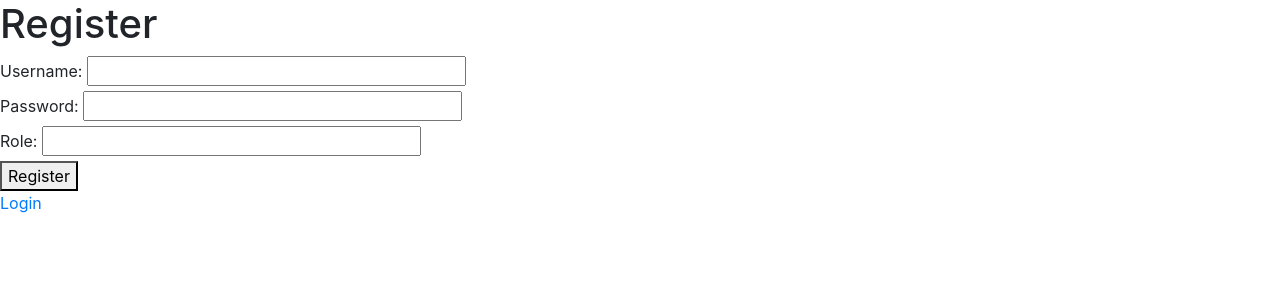
Repository: Stoldark/PLMUN
Page: http://localhost/register
An editor plug-in stored every save of this project. The page is shown before and after the next save, followed by the edit.
The browser window is 1280 px wide. The pictures show the whole page.
The page is served by the project's application, run on Flask 3 (tempCodeRunnerFile.py).

Above is the page before, as saved 2024-09-22 16:59:39.

### templates/register.html
<!DOCTYPE html>
<html lang="en">
<head>
    <meta charset="UTF-8">
    <meta name="viewport" content="width=device-width, initial-scale=1.0">
    <title>Register</title>
    <link rel="stylesheet" href="https://stackpath.bootstrapcdn.com/bootstrap/4.5.2/css/bootstrap.min.css">
</head>
<body>
    <h1>Register</h1>
    <form method="post">
        {{ form.hidden_tag() }}
        <label for="username">Username:</label>
        {{ form.username(size=32) }}<br>

        <label for="password">Password:</label>
        {{ form.password(size=32) }}<br>

        <label for="role">Role:</label>
        {{ form.role(size=32) }}<br>

        <button type="submit">Register</button>
    </form>
    <a href="{{ url_for('login') }}">Login</a>
</body>
</html>

### tempCodeRunnerFile.py
from flask import Flask, render_template, request, redirect, session, url_for, flash, jsonify
from flask_wtf import FlaskForm
from wtforms import StringField, PasswordField, SubmitField
from wtforms.validators import DataRequired, Length
from flask_bcrypt import Bcrypt
from flask_login import LoginManager, UserMixin, login_user, logout_user, login_required, current_user
import sqlite3
import os

# Initialize Flask app
app = Flask(__name__)

# Set the secret key for session management
app.config['SECRET_KEY'] = 'your_secret_key'  # Change this to a secure key

# Initialize extensions
bcrypt = Bcrypt(app)
login_manager = LoginManager(app)
login_manager.login_view = 'login'

# Database connection function
def get_db_connection():
    conn = sqlite3.connect('inventory.db')
    conn.row_factory = sqlite3.Row
    return conn

# User model for Flask-Login
class User(UserMixin):
    def __init__(self, id, username, role):
        self.id = id
        self.username = username
        self.role = role

# User loader for Flask-Login
@login_manager.user_loader
def load_user(user_id):
    conn = get_db_connection()
    user = conn.execute('SELECT * FROM users WHERE id = ?', (user_id,)).fetchone()
    conn.close()
    if user:
        return User(user['id'], user['username'], user['role'])
    return None

# Registration form
class RegistrationForm(FlaskForm):
    username = StringField('Username', validators=[DataRequired(), Length(min=4, max=25)])
    password = PasswordField('Password', validators=[DataRequired(), Length(min=6, max=35)])
    role = StringField('Role', validators=[DataRequired()])
    submit = SubmitField('Register')

# Login form
class LoginForm(FlaskForm):
    username = StringField('Username', validators=[DataRequired()])
    password = PasswordField('Password', validators=[DataRequired()])
    submit = SubmitField('Login')

# Route to show inventory items
@app.route('/')
@login_required
def index():
    conn = get_db_connection()
    items = conn.execute('SELECT * FROM items').fetchall()
    conn.close()
    return render_template('index.html', items=items)

# Route to add an item
@app.route('/add', methods=('GET', 'POST'))
@login_required
def add_item():
    if request.method == 'POST':
        name = request.form['name']
        quantity = request.form['quantity']
        price = request.form['price']

        conn = get_db_connection()
        conn.execute('INSERT INTO items (name, quantity, price) VALUES (?, ?, ?)',
                     (name, quantity, price))
        conn.commit()
        conn.close()

        return redirect('/')
    return render_template('add.html')

# Route to edit an item
@app.route('/edit/<int:id>', methods=('GET', 'POST'))
@login_required
def edit_item(id):
    conn = get_db_connection()
    item = conn.execute('SELECT * FROM items WHERE id = ?', (id,)).fetchone()

    if request.method == 'POST':
        name = request.form['name']
        quantity = request.form['quantity']
        price = request.form['price']
        conn.execute('UPDATE items SET name = ?, quantity = ?, price = ? WHERE id = ?',
                     (name, quantity, price, id))
        conn.commit()
        conn.close()
        return redirect('/')

    conn.close()
    return render_template('edit.html', item=item)

# Route to delete an item
@app.route('/delete/<int:id>', methods=['POST'])
@login_required
def delete_item(id):
    conn = get_db_connection()
    conn.execute('DELETE FROM items WHERE id = ?', (id,))
    conn.commit()
    conn.close()
    return redirect('/')

# Registration route
@app.route('/register', methods=['GET', 'POST'])
def register():
    form = RegistrationForm()
    if form.validate_on_submit():
        username = form.username.data
        password = bcrypt.generate_password_hash(form.password.data).decode('utf-8')
        role = form.role.data

        conn = get_db_connection()
        conn.execute('INSERT INTO users (username, password, role) VALUES (?, ?, ?)',
                     (username, password, role))
        conn.commit()
        conn.close()

        flash('Registration successful! You can now log in.')
        return redirect(url_for('login'))
    return render_template('register.html', form=form)

# Login route
@app.route('/login', methods=['GET', 'POST'])
def login():
    form = LoginForm()
    if form.validate_on_submit():
        username = form.username.data
        password = form.password.data

        conn = get_db_connection()
        user = conn.execute('SELECT * FROM users WHERE username = ?', (username,)).fetchone()
        conn.close()

        if user and bcrypt.check_password_hash(user['password'], password):
            login_user(User(user['id'], user['username'], user['role']))
            return redirect('/')
        else:
            flash('Login Unsuccessful. Please check your username and password', 'danger')

    return render_template('login.html', form=form)

# Logout route
@app.route('/logout')
@login_required
def logout():
    logout_user()
    return redirect(url_for('index'))

# API Endpoint to get inventory items
@app.route('/api/items', methods=['GET'])
@login_required
def api_get_items():
    conn = get_db_connection()
    items = conn.execute('SELECT * FROM items').fetchall()
    conn.close()
    return jsonify([dict(item) for item in items])

# API Endpoint to add an item
@app.route('/api/items', methods=['POST'])
@login_required
def api_add_item():
    data = request.get_json()
    name = data.get('name')
    quantity = data.get('quantity')
    price = data.get('price')

    conn = get_db_connection()
    conn.execute('INSERT INTO items (name, quantity, price) VALUES (?, ?, ?)',
                 (name, quantity, price))
    conn.commit()
    conn.close()

    return jsonify({'message': 'Item added successfully'}), 201

# API Endpoint to update an item
@app.route('/api/items/<int:id>', methods=['PUT'])
@login_required
def api_update_item(id):
    data = request.get_json()
    name = data.get('name')
    quantity = data.get('quantity')
    price = data.get('price')

    conn = get_db_connection()
    conn.execute('UPDATE items SET name = ?, quantity = ?, price = ? WHERE id = ?',
                 (name, quantity, price, id))
    conn.commit()
    conn.close()

    return jsonify({'message': 'Item updated successfully'})

# API Endpoint to delete an item
@app.route('/api/items/<int:id>', methods=['DELETE'])
@login_required
def api_delete_item(id):
    conn = get_db_connection()
    conn.execute('DELETE FROM items WHERE id = ?', (id,))
    conn.commit()
    conn.close()

    return jsonify({'message': 'Item deleted successfully'})

# Run the app
if __name__ == "__main__":
    port = int(os.environ.get("PORT", 10000))  # Use PORT environment variable or default to 10000
    app.run(host="0.0.0.0", port=port, debug=True)

After the next save:
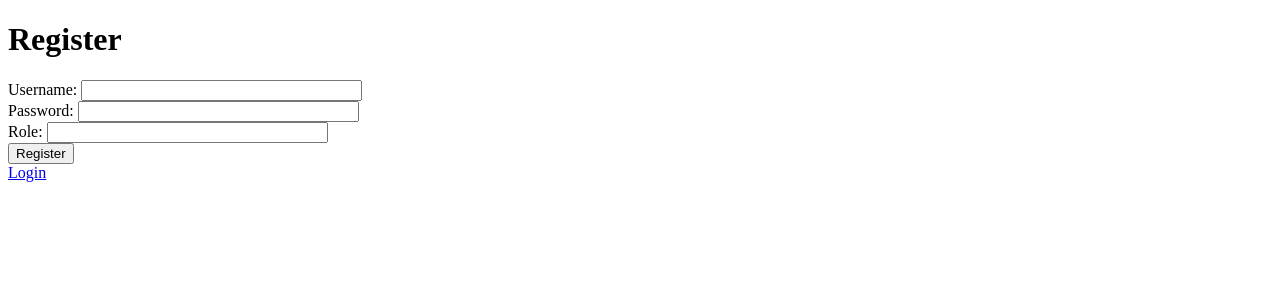
Saved 7 s later.
--- a/templates/register.html
+++ b/templates/register.html
@@ -4,7 +4,6 @@
     <meta charset="UTF-8">
     <meta name="viewport" content="width=device-width, initial-scale=1.0">
     <title>Register</title>
-    <link rel="stylesheet" href="https://stackpath.bootstrapcdn.com/bootstrap/4.5.2/css/bootstrap.min.css">
 </head>
 <body>
     <h1>Register</h1>
